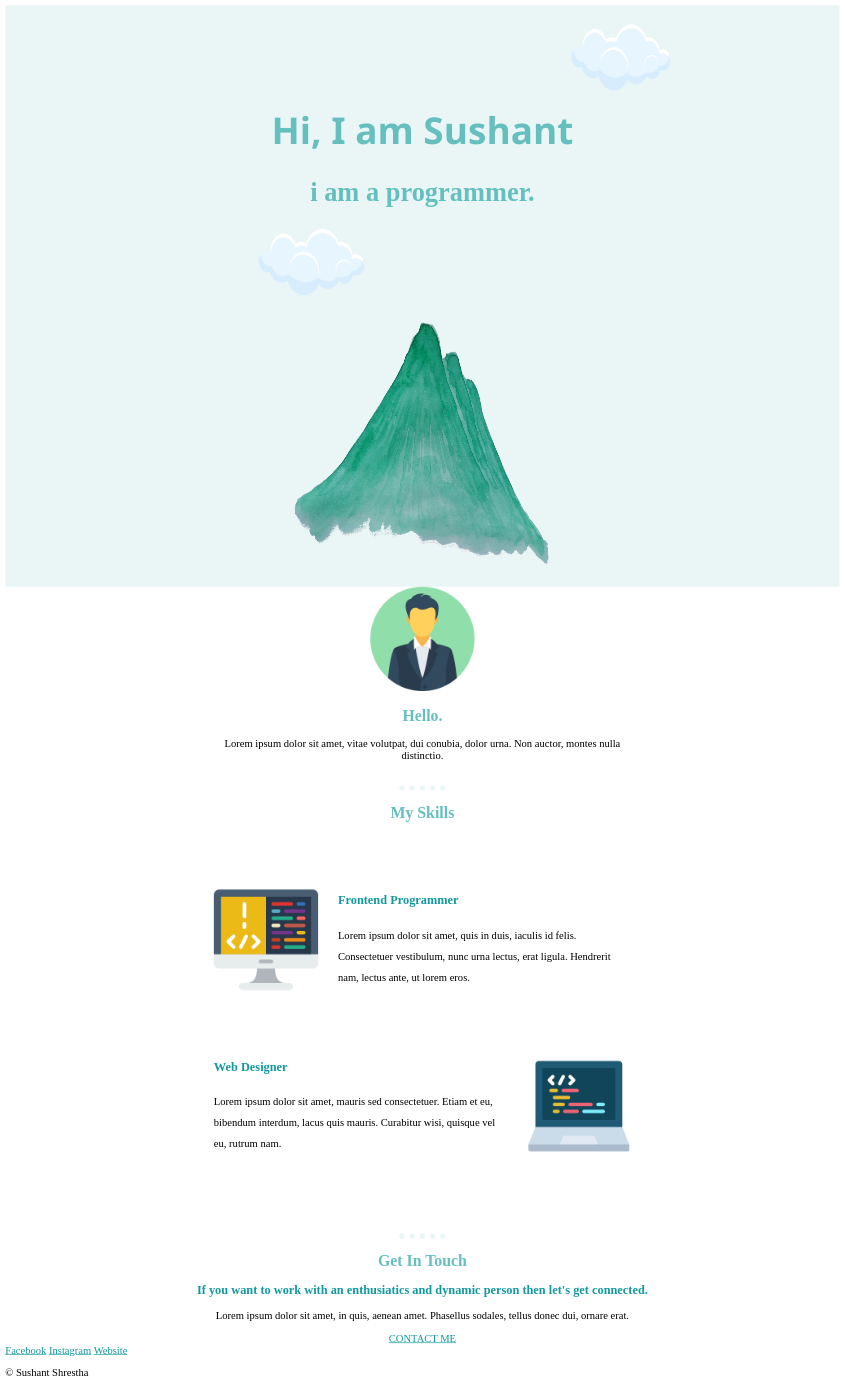
Repository: Sushant203/myPersonalSite
Page: index.html
An editor plug-in stored every save of this project. The page is shown before and after a run of saves, followed by the edit.
The browser window is 1280 px wide. The pictures show the whole page, at 66% of full size.

Above is the page before, as saved 2022-12-13 19:07:53.

### index.html
<!DOCTYPE html>
<html lang="en">

<head>
    <meta charset="UTF-8">
    <meta http-equiv="X-UA-Compatible" content="IE=edge">
    <meta name="viewport" content="width=device-width, initial-scale=1.0">
    <title>Document</title>
    <link rel="stylesheet" href="\css\style.css">
    <link rel="favicon" href="favicon.ico">
</head>

<body>
    <div class="container">
        <div>
            <img class="top-cloud" src="cloud.png" alt="upper-cloud">
        </div>
        <div class="header-text">
            <h1>Hi, I am Sushant</h1>
            <h2>i am a programmer.</h2>
        </div>
        <div>
            <img class="bottom-cloud" src="cloud.png" alt="lower cloud">
            <img class="mountain-image" src="mountain-1.png" alt="mountain img">
        </div>
      </div>
        <!-- middle and end parts -->
        <div class="middle-container">
            <!-- profile section -->
            <div class="profile">
              <img src="profile.png" alt="profile picture">
              <h2>Hello.</h2>
              <p>Lorem ipsum dolor sit amet, vitae volutpat, dui conubia, dolor urna. Non auctor, montes nulla distinctio.</p>
            </div>
            <hr>
            <!-- skill section -->
            <div class="skills">
              <h2>My Skills</h2>
              <div class="skill-row">
                <img class="img1" src="skill1.png" alt="coding">
                <h3>Frontend Programmer</h3>
                <p>Lorem ipsum dolor sit amet, quis in duis, iaculis id felis. Consectetuer vestibulum, nunc urna lectus, erat ligula. Hendrerit nam, lectus ante, ut lorem eros.</p>
              </div>
              <div class="skill-row">
                <img class="img2" src="skill2.png" alt="programmer">
                <h3>Web Designer</h3>
                <p class="skill-description">Lorem ipsum dolor sit amet, mauris sed consectetuer. Etiam et eu, bibendum interdum, lacus quis mauris. Curabitur wisi, quisque vel eu, rutrum nam.</p>
              </div>
            </div>
            <hr>
            <!-- contact section -->
            <div class="contact-me">
              <h2>Get In Touch</h2>
              <h3>If you want to work with an enthusiatics and dynamic person then let's get connected.</h3>
              <p>Lorem ipsum dolor sit amet, in quis, aenean amet. Phasellus sodales, tellus donec dui, ornare erat.</p>
              <a class="btn" href="mailto:clashofgames229@gmail.com">CONTACT ME</a>
            </div>
          </div>

          <!-- bottom section -->
          <div class="bottom-container">
            <a class="footer-link" href="https://www.facebook.com/">Facebook</a>
            <a class="footer-link" href="https://www.instagram.com/">Instagram</a>
            <a class="footer-link" href="https://www.appbrewery.co/">Website</a>
            <p>© Sushant Shrestha</p>
          </div>

</body>

</html>

### css/style.css
/* body{
    background-color: lightblue;

    } */
/* contaienr css starts */
.container{
    background-color: #EAF6F6;
    margin:  0;
    position: relative;
    text-align: center;
    padding-top: 100px;

}

.top-cloud{
    height: 100px;
    width: 150px;
    position: absolute;
    top: 4vh;
   right: 20vw;
}

.header-text{
display: inline-block;
/* position: absolute; */
/* margin: 70px; */
}

.header-text h1{
    font-family: 'Segoe UI', Tahoma, Geneva, Verdana, sans-serif;
    font-size: 3.5rem;
    margin: 50px auto 0 auto;
    color: #66BFBF;

}

.header-text h2{
    font-family:cursive;
    font-size: 2.5rem;
}

.bottom-cloud{
    height: 100px;
    width: 160px;
    position: absolute;
    /* top: 35vh; */
    left: 30vw;
}

.mountain-image{

    height: 430px;
    width: 400px;
    margin-top: 15vh;
}
/* container css ends */

/* middle container css starts */
/* profile section css starts */

.profile{
    width: 50%;
    position: relative;
    text-align: center;
    margin: 0 auto;
}
.profile img{
    width: 25%;
    display: inline-block;
}

h2{
    /* font-weight: normal; */
    color: #66BFBF;
}

h3,a{
    color: #11999E;
}

/* hr line css */
hr{
    border-style: none none dotted;
    border-color: #EAF6F6;
    border-width: 8px;
    width: 4%;
    padding: 10px;
}


.skills{

    position: relative;
    text-align: center;
}

.skill-row{
    margin: 100px auto;
    width: 50%;
    text-align: left;
    line-height:2;
}

.skill-row .img1{
    width: 25%;
    float: left;
    margin-right: 30px;
}
.img2{
    width: 25%;
    float: right;
    margin-left: 30px;
}
/* middle section css ends */
/* contact section css starts */

.contact-me{
    text-align: center;
}

After the next 3 saves:
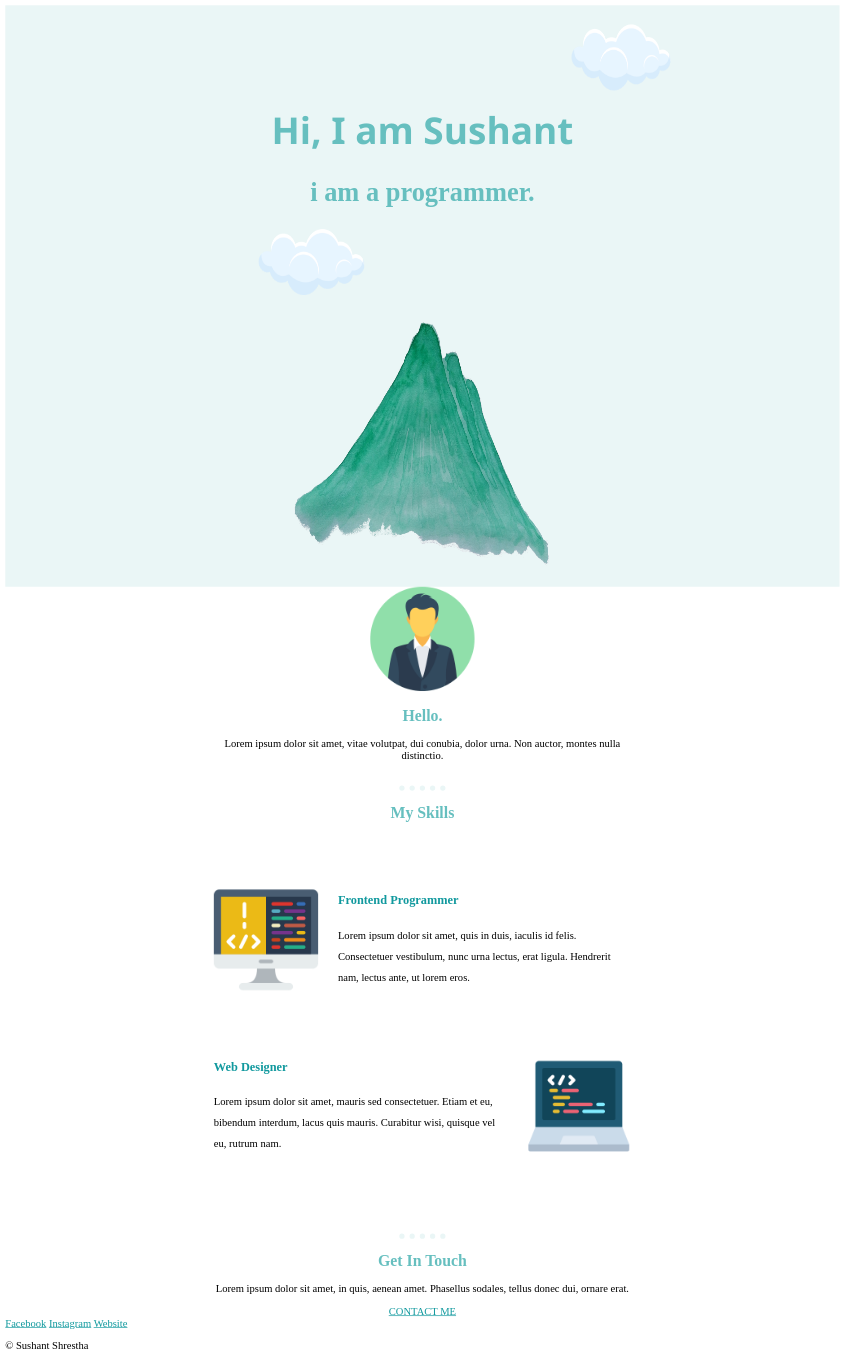
The 3 saves are shown as one change because they came seconds apart.
The last was saved 18 s later.
--- a/index.html
+++ b/index.html
@@ -51,7 +51,7 @@
             <!-- contact section -->
             <div class="contact-me">
               <h2>Get In Touch</h2>
-              <h3>If you want to work with an enthusiatics and dynamic person then let's get connected.</h3>
+              <h3></h3>
               <p>Lorem ipsum dolor sit amet, in quis, aenean amet. Phasellus sodales, tellus donec dui, ornare erat.</p>
               <a class="btn" href="mailto:clashofgames229@gmail.com">CONTACT ME</a>
             </div>
